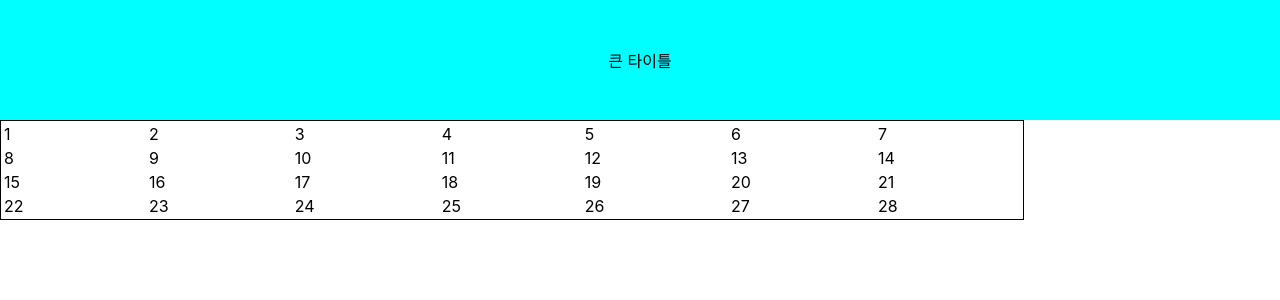
Repository: honeybong/SANGBONG
Page: /
These files come from the project's save history. The page is drawn as it stood at one moment and after the next save; the edit follows.
The browser window is 1280 px wide. The pictures show the whole page.
The project was rebuilt for these pictures with package versions that can differ from the ones it lists, and the page was loaded fresh each time.

Above is the page before, as saved 2023-03-22 12:51:36.

### src/App.js
import './App.scss';
import { useState } from 'react';

const App = (props) => {
  // const getTableTr = () => {
  //   for (const i = 0; i > 7; i++) {
  //     return (
  //       <>
  //         <td>i</td>
  //       </>
  //     )
  //   }

  // }
  return (
    <div className='test'>
      <header className='test-header'>
        <div className='header-title'>
          큰 타이틀
        </div>
      </header>
      <body className='test-body'>
        <div className='body-container'>
          {/* <div className='scheduler' /> */}
          <table className='scheduler'>
            <tr>
              <td>1</td>
              <td>2</td>
              <td>3</td>
              <td>4</td>
              <td>5</td>
              <td>6</td>
              <td>7</td>
            </tr>
            <tr>
              <td>8</td>
              <td>9</td>
              <td>10</td>
              <td>11</td>
              <td>12</td>
              <td>13</td>
              <td>14</td>
            </tr>
            <tr>
              <td>15</td>
              <td>16</td>
              <td>17</td>
              <td>18</td>
              <td>19</td>
              <td>20</td>
              <td>21</td>
            </tr>
            <tr>
              <td>22</td>
              <td>23</td>
              <td>24</td>
              <td>25</td>
              <td>26</td>
              <td>27</td>
              <td>28</td>
            </tr>
          </table>
        </div>
      </body>
    </div>
  );
}

export default App;

### src/App.scss
.test {}
.test-header {
  .header-title {
    background-color: aqua;
    text-align: center;
    display: flex;
    height: 120px;
    justify-content: center;
    align-items: center;
  }
}
.test-body {
  .body-container {
    width: 100%;
    height: 100%;
    .scheduler {
      width: 80%;
      height: 20px;
      border: 1px solid black;
    }
  }
}

Loaded but not shown: public/index.html (common file); src/index.js (common file); src/index.css (common file); src/reportWebVitals.js (common file)

After the next save:
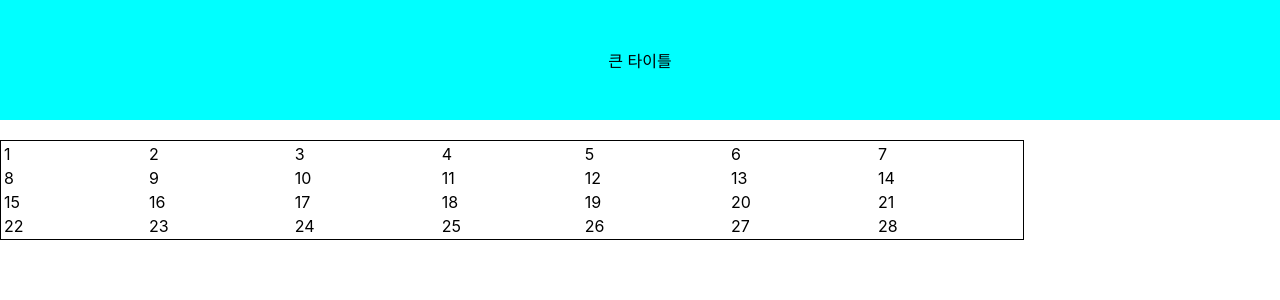
Saved 61 s later.
--- a/src/App.scss
+++ b/src/App.scss
@@ -13,6 +13,7 @@
   .body-container {
     width: 100%;
     height: 100%;
+    margin-top: 20px;
     .scheduler {
       width: 80%;
       height: 20px;

After the save that followed:
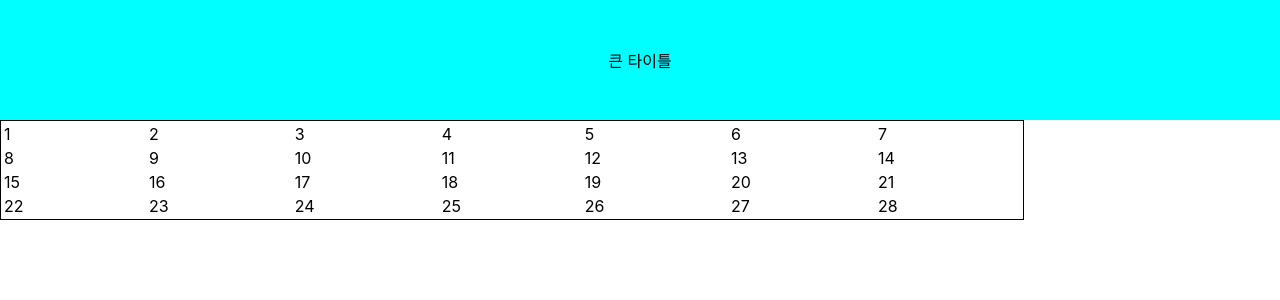
Saved 24 s later.
--- a/src/App.scss
+++ b/src/App.scss
@@ -11,9 +11,10 @@
 }
 .test-body {
   .body-container {
+    display: flex;
+
     width: 100%;
     height: 100%;
-    margin-top: 20px;
     .scheduler {
       width: 80%;
       height: 20px;
